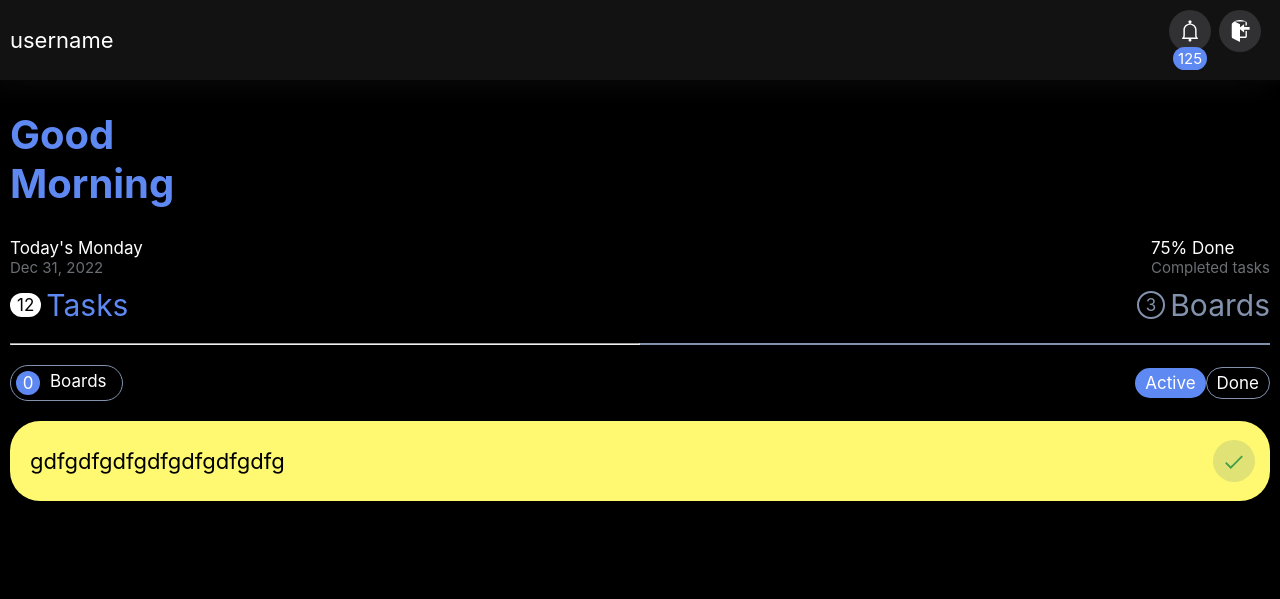
Repository: ShindanoSingi/todo-app
Page: /
These files come from the project's save history. The page is drawn as it stood at one moment and after the next save; the edit follows.
The browser window is 1280 px wide. The pictures show the whole page.
The project was rebuilt for these pictures with package versions that can differ from the ones it lists, and the page was loaded fresh each time. Also part of the build but not shown: src/pages/LandingPage.js.

Above is the page before, as saved 2023-01-01 19:43:37.

After the next save:
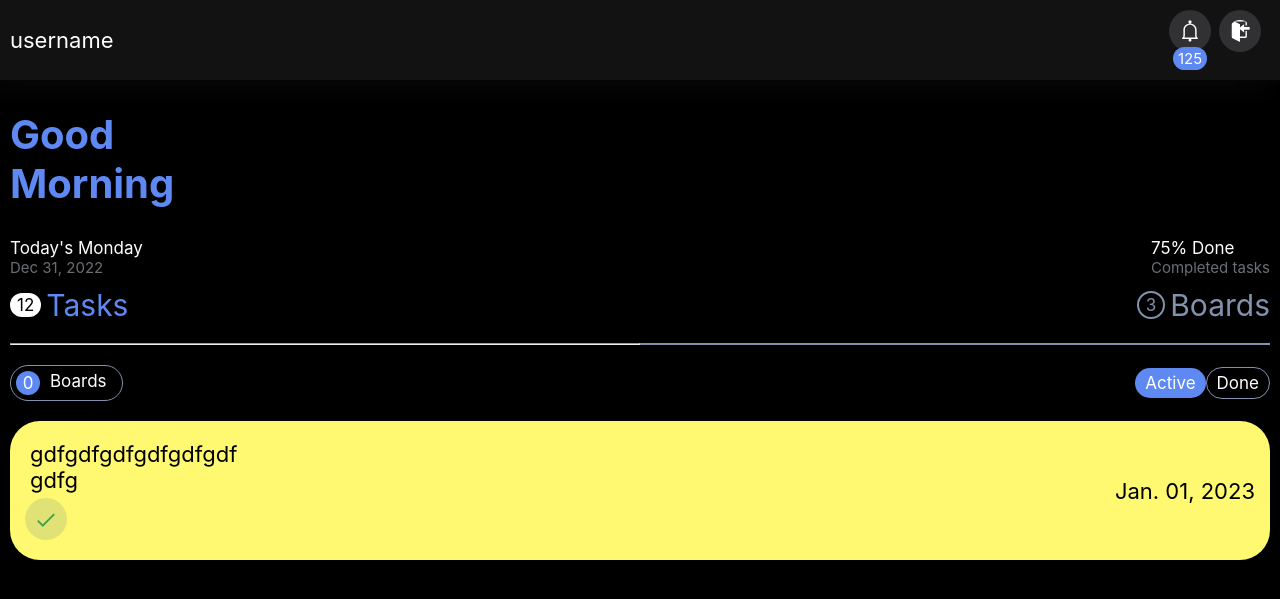
Saved 71 s later.
--- a/src/pages/Todos.js
+++ b/src/pages/Todos.js
@@ -66,10 +66,13 @@ function Todos() {
                     </div>
                     <div className='todos-container'>
                         <div className='todo-card' style={{ backgroundColor: color }}>
-                            <p className='task-title'>gdfgdfgdfgdfgdfgdfgdfg</p>
-                            < FcCheckmark className='check-circle-icon' />
+                            <div>
+                                <p className='task-title'>gdfgdfgdfgdfgdfgdfgdfg</p>
+                                < FcCheckmark className='check-circle-icon' />
+                            </div>
+                            <p className=''>Jan. 01, 2023</p>
                         </div>
-                        <p>Jan. 01, 2023</p>
+
                     </div>
 
                 </main>
